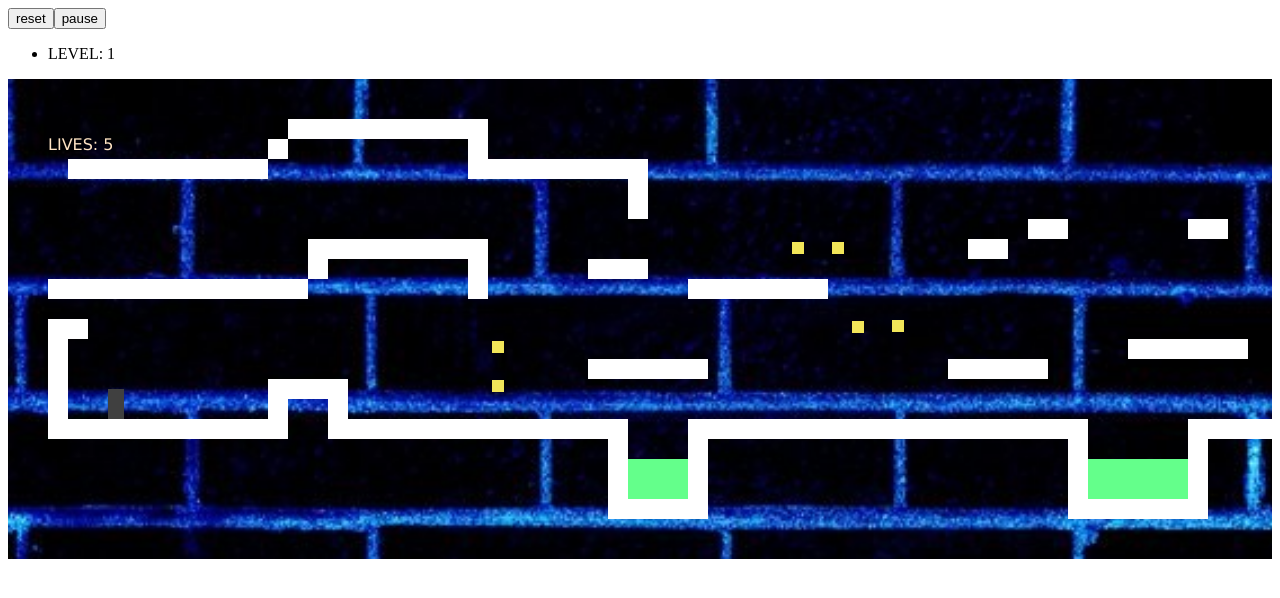
Repository: luccas-teddy/examenlucas
Page: index.html
The author's editor kept a copy of each file at every save. The page is drawn from the files as they stood at one save, then again after the next save.
The browser window is 1280 px wide. The pictures show the whole page.

Above is the page before, as saved 2021-02-18 02:06:44.

After the next save:
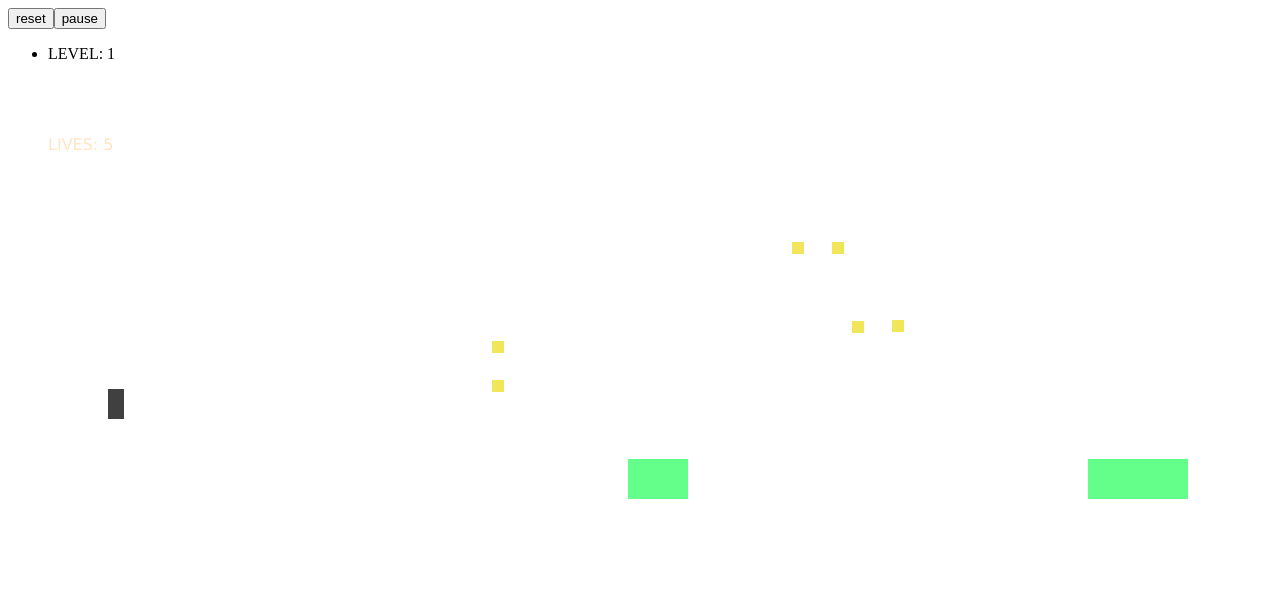
Not found: css/iew.jpg
Saved 112 s later.
--- a/css/game.css
+++ b/css/game.css
@@ -1,4 +1,4 @@
-.background    { background-image:url(sonry.jpg);
+.background    { background-image:url(iew.jpg);
 }
 
  .background     {background :rgb (55, 167, 250)

After the 3 saves that followed:
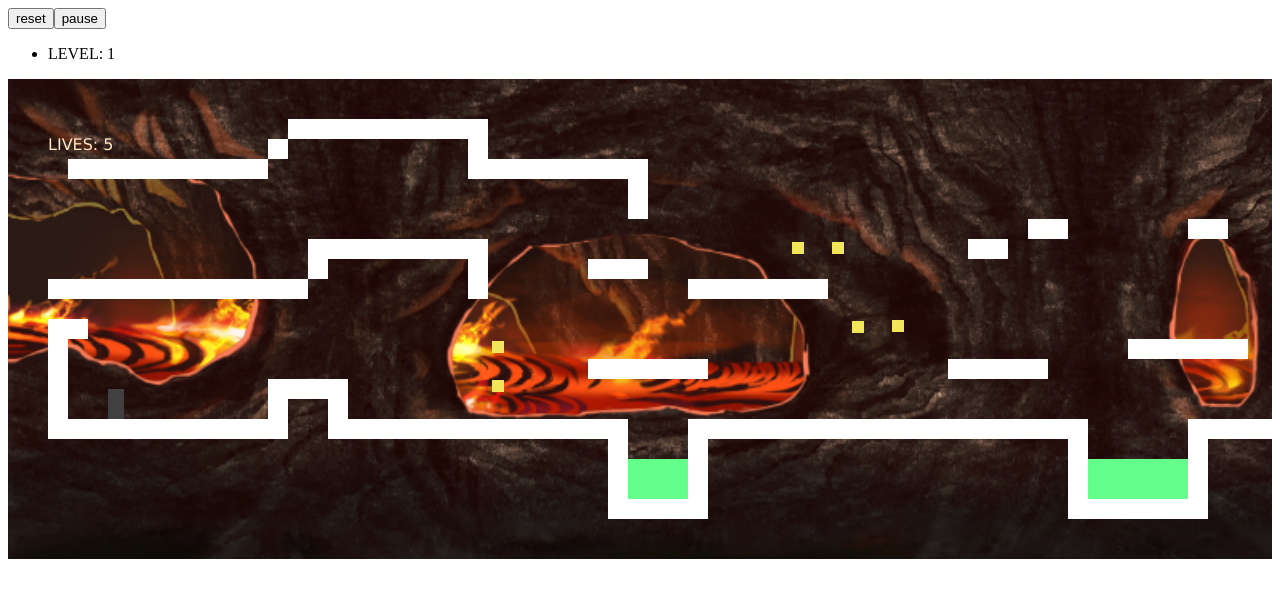
The 3 saves are shown as one change because 2 left the picture as it was.
The last was saved 5 min 53 s later.
--- a/css/game.css
+++ b/css/game.css
@@ -1,4 +1,4 @@
-.background    { background-image:url(iew.jpg);
+.background    { background-image:url(9d.png);
 }
 
  .background     {background :rgb (55, 167, 250)
